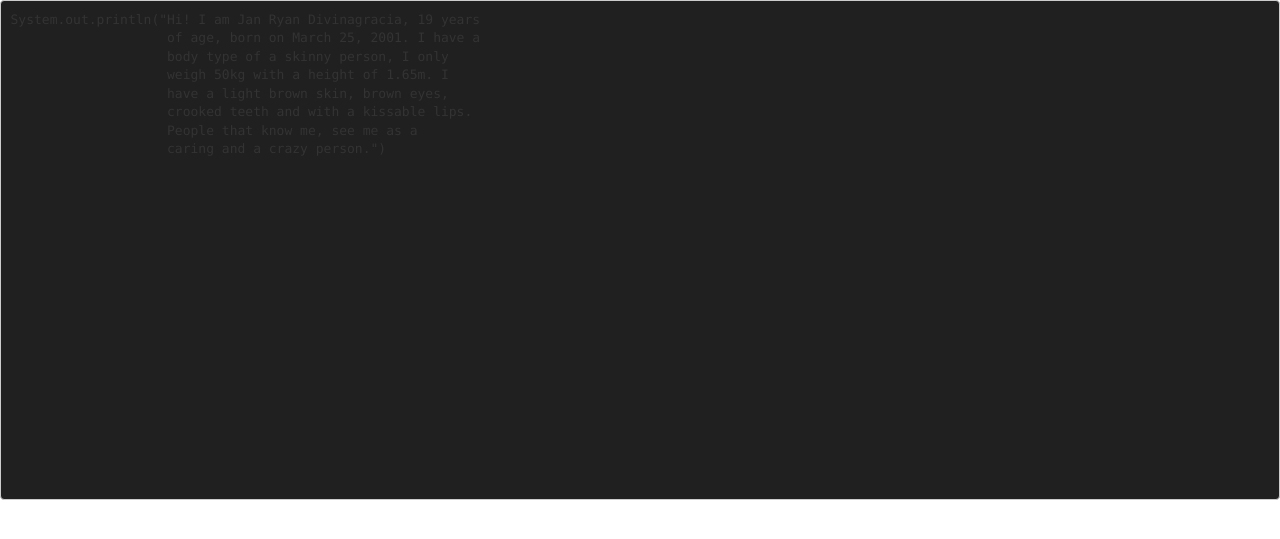
Repository: janry-gracia/Divinagracia_FinalProject
Page: Pages/storyofmylife.html
These files come from the project's save history. The page is drawn as it stood at one moment and after the next save; the edit follows.
The browser window is 1280 px wide. The pictures show the whole page.
An inner scrolling area shows only its first screen.

Above is the page before, as saved 2021-05-17 23:01:17.
Console error: TypeError: Cannot read properties of null (reading 'addEventListener')

After the next save:
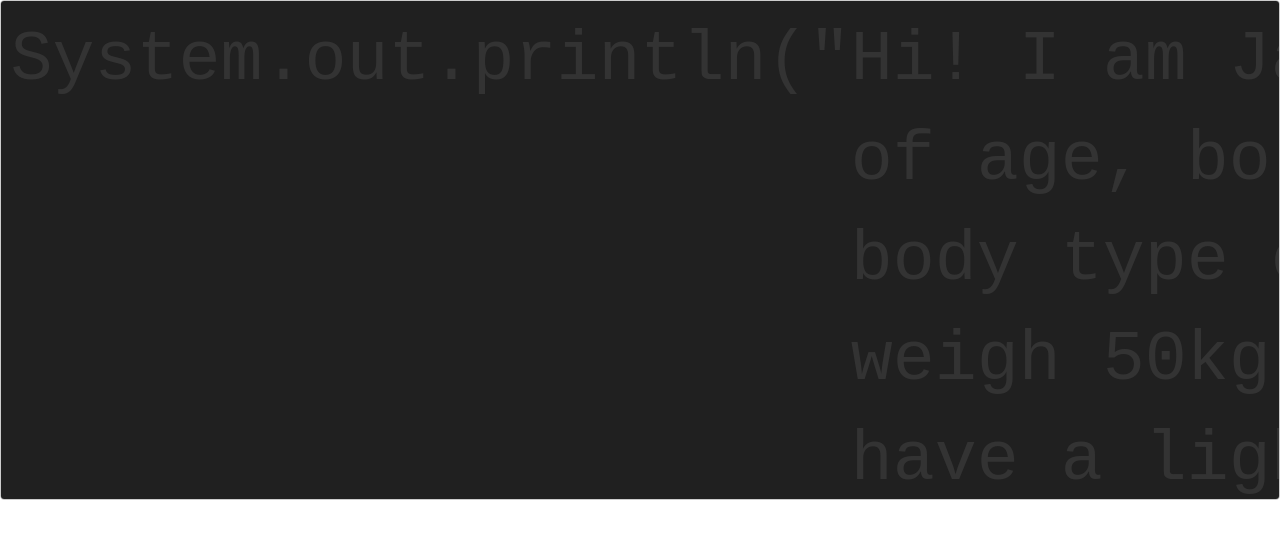
Saved 31 s later.
--- a/css/storyofmylife.css
+++ b/css/storyofmylife.css
@@ -22,5 +22,6 @@ html, body{
 .message{
     height: 500px;
     background-color: rgb(32, 32, 32);
-    font-family: ;
+    font-family: 'Fire Code', monospace;
+    font-size: 5em;
 }
